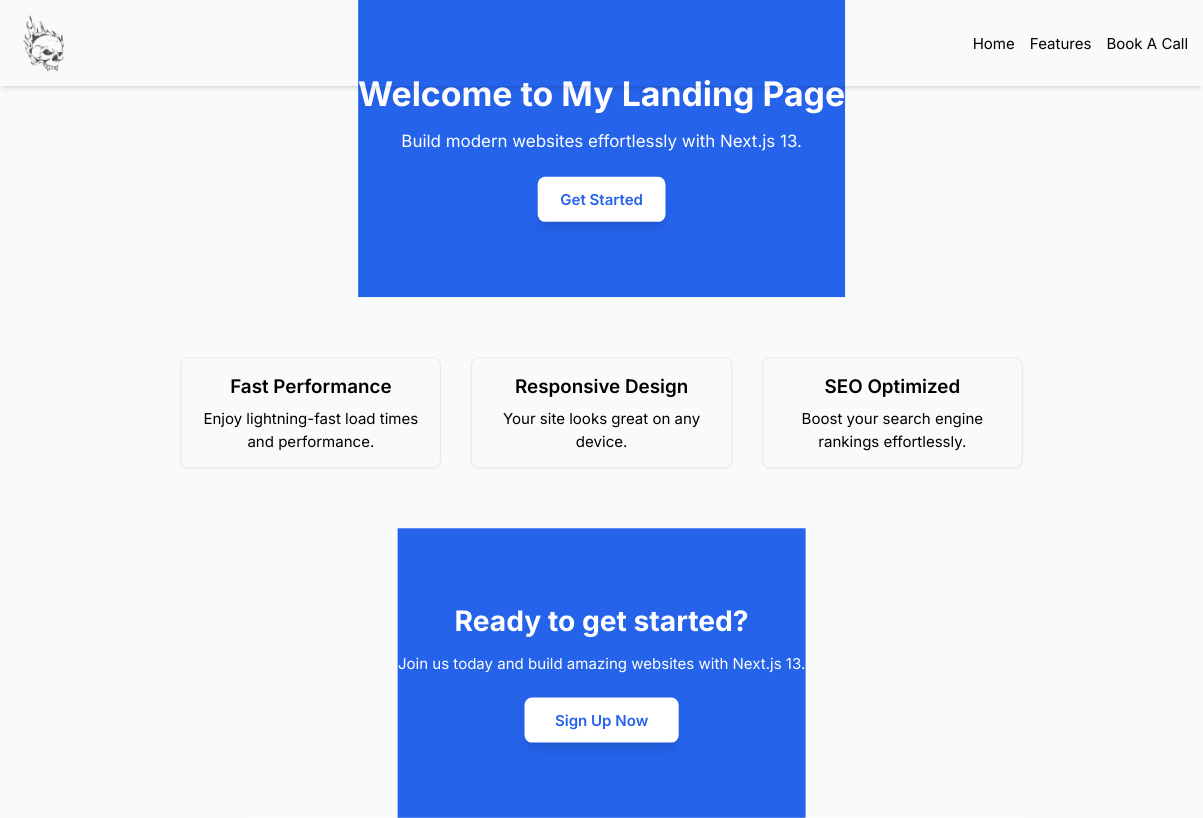
Repository: TheSecretlifeOfX/landing1
Page: /
These files come from the project's save history. The page is drawn as it stood at one moment and after the next save; the edit follows.
The browser window is 1280 px wide. The pictures show the whole page, at 94% of full size.
The project was rebuilt for these pictures with package versions that can differ from the ones it lists, and the page was loaded fresh each time. The framework's server and built-in components were replaced by stand-ins that run in the browser. Also part of the build but not shown: next.config.js.

Above is the page before, as saved 2024-11-13 22:20:38.

### app/layout.tsx
import Link from 'next/link'
import './globals.css'
import type { Metadata } from 'next'
import { Inter } from 'next/font/google'

import Navbar from "@/app/components/Navbar";


const inter = Inter({ subsets: ['latin'] })

export const metadata: Metadata = {
  title: 'Create Next App',
  description: 'Generated by create next app',
}

export default function RootLayout({
  children,
}: {
  children: React.ReactNode
}) {
  return (
    <html lang="en">
      <body className={inter.className}>
      <nav>
        <Navbar />
      </nav>
      {children}</body>
    </html>
  )
}

### app/page.tsx
import HeroSection from "@/app/components/HeroSection";
import FeaturesSection from "@/app/components/FeaturesSection";
import CallToAction from "@/app/components/CallToAction";

// app/page.tsx
export default function Home() {
  return (
    <main className="flex flex-col items-center justify-center min-h-screen px-4 bg-gray-50">
      <HeroSection />
      <FeaturesSection />
      <CallToAction />
    </main>
  );
}

### app/components/Navbar.tsx
// src/components/Navbar.tsx
import React from "react";
import Link from "next/link";
import Image from "next/image";

export default function Navbar() {
  return (
    <nav className="fixed top-0 left-0 w-full bg-grey-200 p-4 text-black shadow-md z-50">
      <div className="container mx-auto flex justify-between items-center">
        <div className="text-2xl font-bold">
          <Link href="/">
          <Image
            src="/Images/Logo.png"
            alt="MyBrand Logo"
            width={60}
            height={60}
            className="cursor-pointer"
            priority
          />
          </Link>
        </div>
        <ul className="flex space-x-4">
          <li>
            <a href="#hero" className="hover:text-gray-200">
              Home
            </a>
          </li>
          <li>
            <a href="#features" className="hover:text-gray-200">
              Features
            </a>
          </li>
          <li>
            <a href="#contact" className="hover:text-gray-200">
              Book A Call
            </a>
          </li>
        </ul>
      </div>
    </nav>
  );
}

### app/components/HeroSection.tsx
// components/HeroSection.tsx
export default function HeroSection() {
    return (
      <section id="hero" className="text-center py-20 bg-blue-600 text-white" pr-100>
        <h1 className="text-4xl font-bold mb-4">Welcome to My Landing Page</h1>
        <p className="text-lg mb-6">Build modern websites effortlessly with Next.js 13.</p>
        <button className="px-6 py-3 bg-white text-blue-600 font-semibold rounded-lg shadow-lg hover:bg-gray-100">
          Get Started
        </button>
      </section>
    );
  }

### app/components/FeaturesSection.tsx
// components/FeaturesSection.tsx
export default function FeaturesSection() {
    return (
      <section id="features" className="py-16">
        <div className="max-w-4xl mx-auto grid grid-cols-1 md:grid-cols-3 gap-8">
          <Feature
            title="Fast Performance"
            description="Enjoy lightning-fast load times and performance."
          />
          <Feature
            title="Responsive Design"
            description="Your site looks great on any device."
          />
          <Feature
            title="SEO Optimized"
            description="Boost your search engine rankings effortlessly."
          />
        </div>
      </section>
    );
  }

  function Feature({ title, description }: { title: string; description: string }) {
    return (
      <div className="text-center p-4 border rounded-lg shadow-sm">
        <h3 className="text-xl font-semibold mb-2">{title}</h3>
        <p>{description}</p>
      </div>
    );
  }

### app/components/CallToAction.tsx
// components/CallToAction.tsx
export default function CallToAction() {
    return (
      <section id="contact" className="py-20 text-center bg-blue-600 text-white">
        <h2 className="text-3xl font-bold mb-4">Ready to get started?</h2>
        <p className="mb-6">Join us today and build amazing websites with Next.js 13.</p>
        <button className="px-8 py-3 bg-white text-blue-600 font-semibold rounded-lg shadow-lg hover:bg-gray-100">
          Sign Up Now
        </button>
      </section>
    );
  }

Loaded but not shown: app/globals.css (common file); tailwind.config.js (common file)

After the next save:
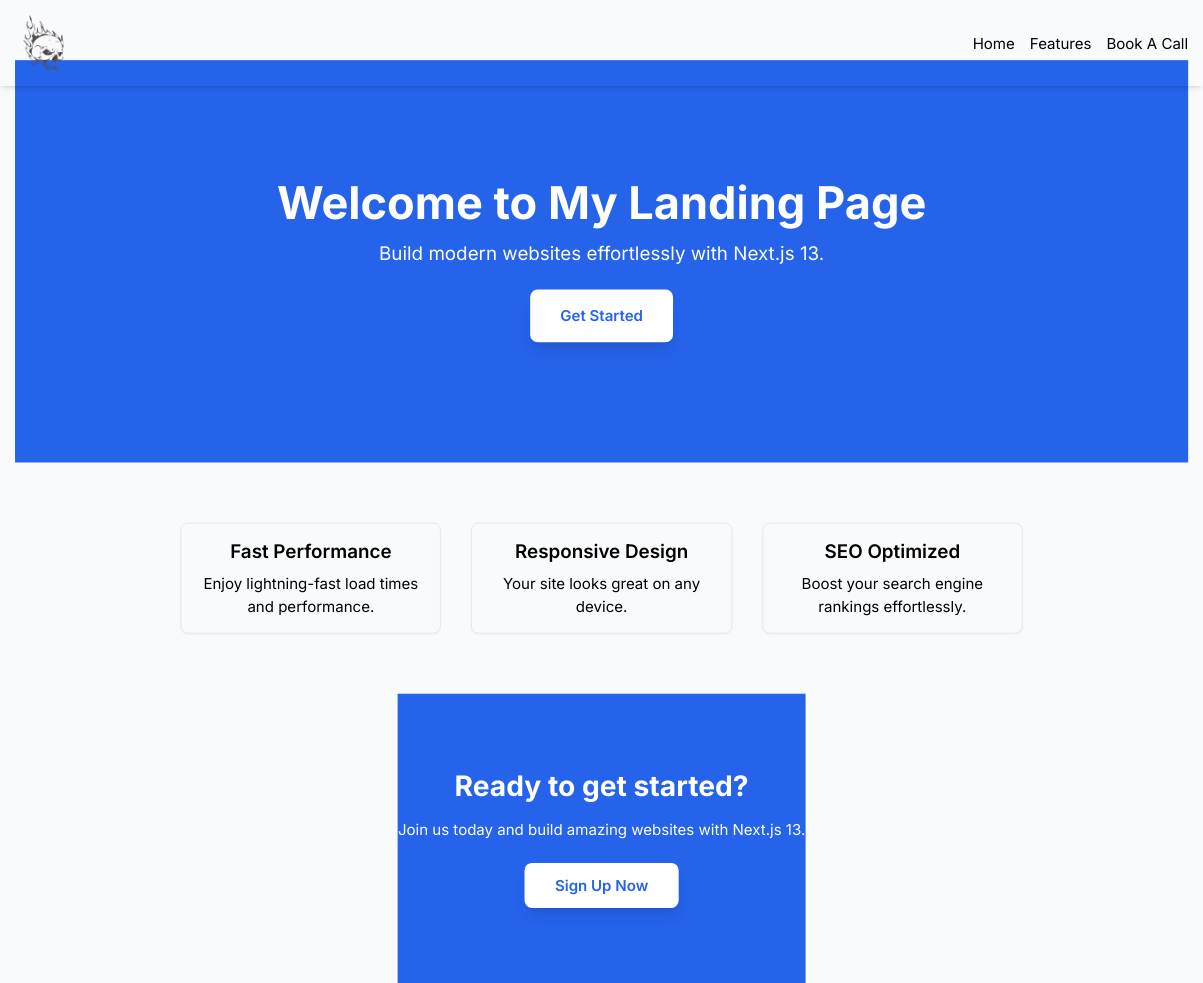
Saved 2 min 40 s later.
--- a/app/components/HeroSection.tsx
+++ b/app/components/HeroSection.tsx
@@ -1,12 +1,17 @@
 // components/HeroSection.tsx
 export default function HeroSection() {
-    return (
-      <section id="hero" className="text-center py-20 bg-blue-600 text-white" pr-100>
-        <h1 className="text-4xl font-bold mb-4">Welcome to My Landing Page</h1>
-        <p className="text-lg mb-6">Build modern websites effortlessly with Next.js 13.</p>
-        <button className="px-6 py-3 bg-white text-blue-600 font-semibold rounded-lg shadow-lg hover:bg-gray-100">
-          Get Started
-        </button>
-      </section>
-    );
-  }
+  return (
+    <section
+      id="hero"
+      className="w-full py-32 bg-blue-600 text-white flex flex-col items-center justify-center mt-16"
+    >
+      <h1 className="text-5xl font-bold mb-4">Welcome to My Landing Page</h1>
+      <p className="text-xl mb-6 max-w-3xl text-center">
+        Build modern websites effortlessly with Next.js 13.
+      </p>
+      <button className="px-8 py-4 bg-white text-blue-600 font-semibold rounded-lg shadow-lg hover:bg-gray-100 transition duration-300">
+        Get Started
+      </button>
+    </section>
+  );
+}
